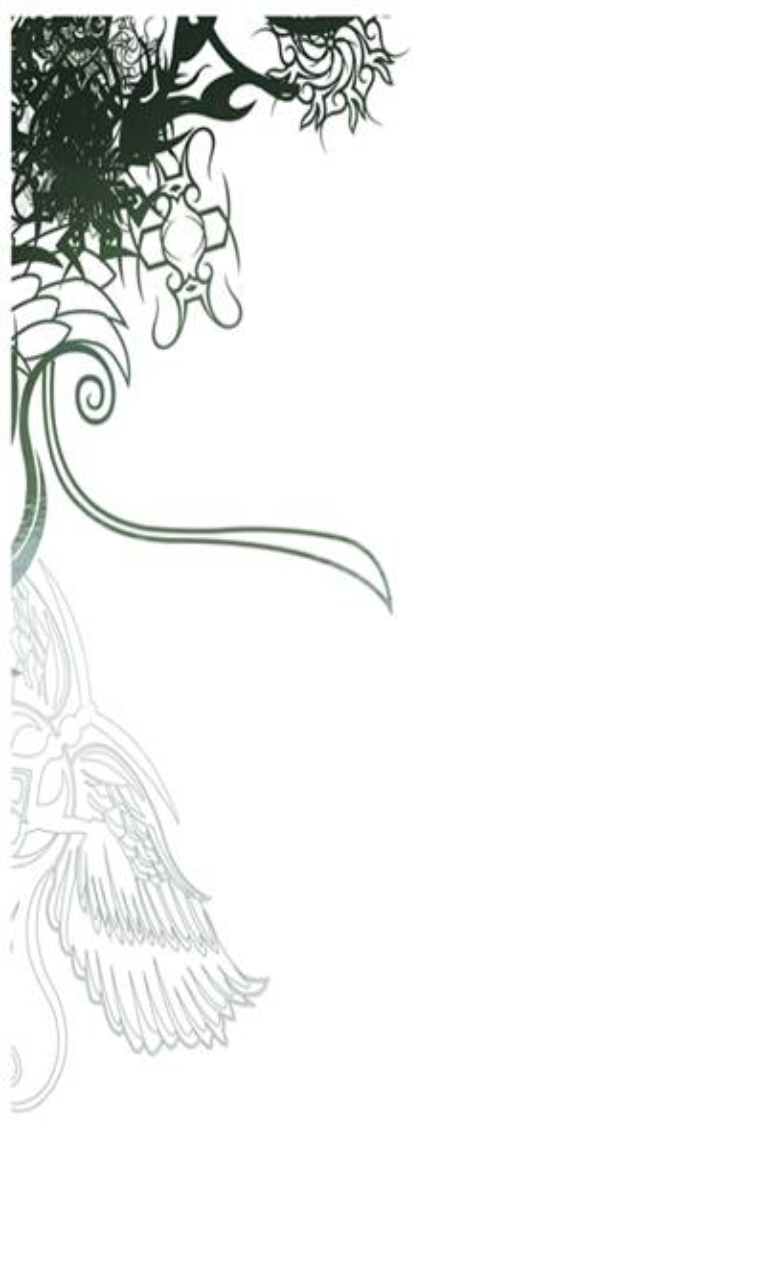
Repository: LewisLim579/2013TeamProject
Layout: PtsApp/res/layout/c_na.xml
These files come from the project's save history. The layout is drawn as it stood at one moment and after the next save; the edit follows.
It is drawn on a 768 x 1280 px phone screen (xhdpi) without system bars, with theme android:Theme.NoTitleBar.Fullscreen; the app's code is not run.

Above is the layout before, as saved 2013-05-22 13:23:48.

After the next save:
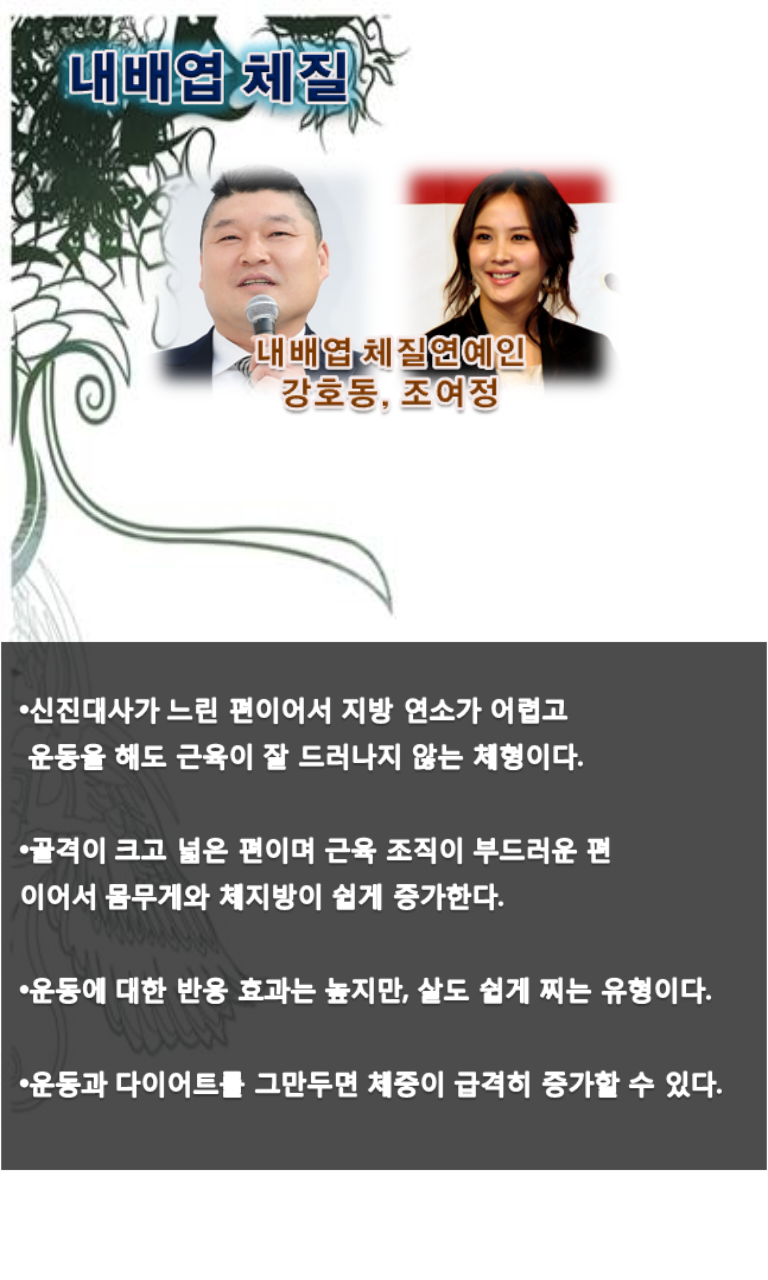
Saved 2 h 7 min later.
--- a/PtsApp/res/layout/c_na.xml
+++ b/PtsApp/res/layout/c_na.xml
@@ -1,10 +1,52 @@
-<LinearLayout xmlns:android="http://schemas.android.com/apk/res/android"
-    android:layout_width="match_parent"
-    android:layout_height="match_parent"
-    android:background="@drawable/back"
-    android:orientation="vertical" >
+<RelativeLayout xmlns:android="http://schemas.android.com/apk/res/android"
+    android:layout_width="fill_parent"
+    android:layout_height="fill_parent"
+    android:background="@drawable/back" >
 
+    <ImageView
+        android:id="@+id/imageView2"
+        android:layout_width="wrap_content"
+        android:layout_height="wrap_content"
+        android:layout_alignParentLeft="true"
+        android:layout_alignParentTop="true"
+        android:src="@drawable/natitle" />
 
+    <ImageView
+        android:id="@+id/imageView1"
+        android:layout_width="wrap_content"
+        android:layout_height="wrap_content"
+        android:layout_below="@+id/imageView2"
+        android:layout_centerHorizontal="true"
+        android:src="@drawable/na_2" />
 
+    <LinearLayout
+        android:id="@+id/linearLayout1"
+        android:layout_width="wrap_content"
+        android:layout_height="wrap_content"
+        android:layout_alignParentLeft="true"
+        android:layout_alignRight="@+id/imageView2"
+        android:layout_centerVertical="true"
+        android:layout_marginRight="15dp"
+        android:orientation="vertical" >
+    </LinearLayout>
 
-</LinearLayout>
+    <LinearLayout
+        android:layout_width="wrap_content"
+        android:layout_height="wrap_content"
+        android:layout_alignParentLeft="true"
+        android:layout_alignParentRight="true"
+        android:layout_alignTop="@+id/linearLayout1"
+        android:orientation="vertical" >
+
+    </LinearLayout>
+
+    <ImageView
+        android:id="@+id/imageView3"
+        android:layout_width="wrap_content"
+        android:layout_height="wrap_content"
+        android:layout_alignParentBottom="true"
+        android:layout_alignParentLeft="true"
+        android:layout_marginBottom="38dp"
+        android:src="@drawable/sese" />
+
+</RelativeLayout>
